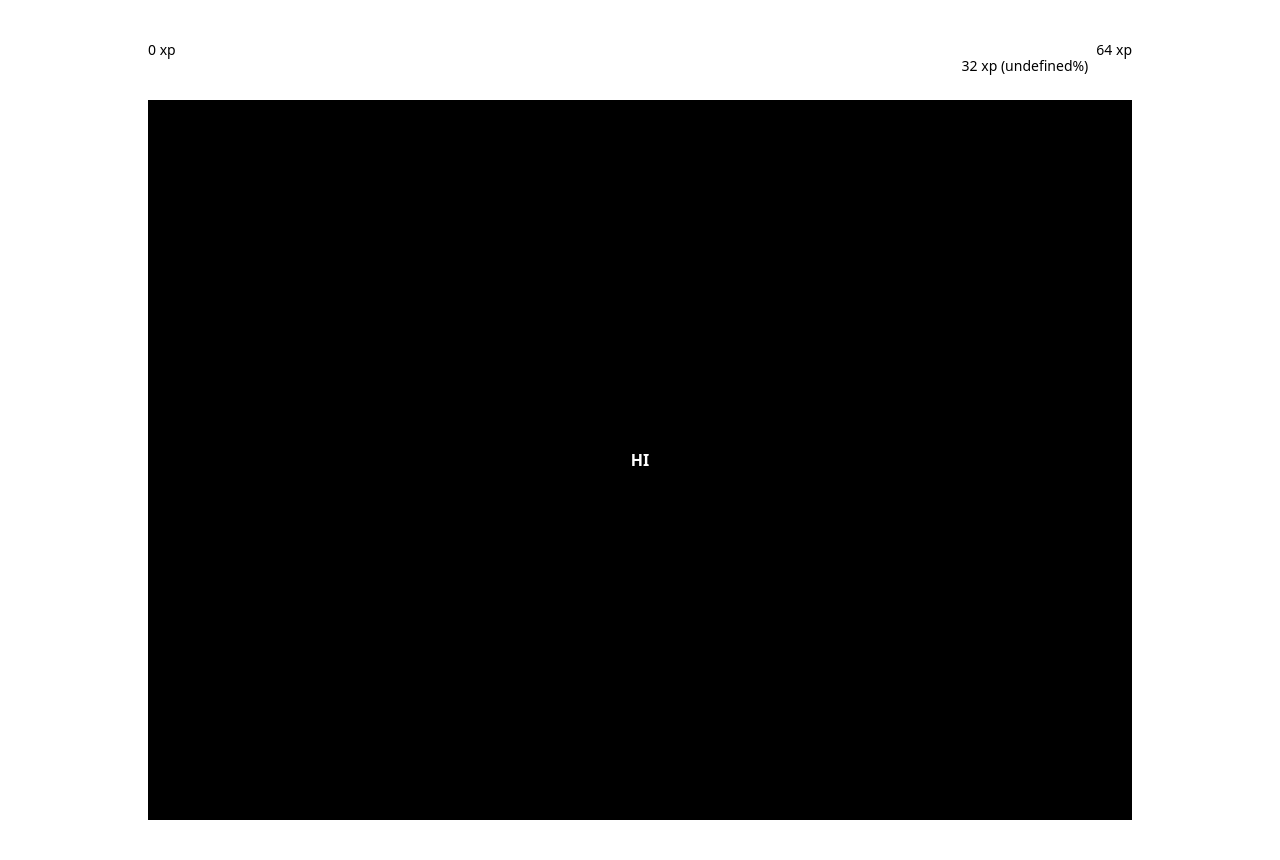
Repository: LuisSempre/move-it
Page: /
These files come from the project's save history. The page is drawn as it stood at one moment and after the next save; the edit follows.
The browser window is 1280 px wide. The pictures show the whole page.
The project was rebuilt for these pictures with package versions that can differ from the ones it lists, and the page was loaded fresh each time. The framework's server and built-in components were replaced by stand-ins that run in the browser. Also part of the build but not shown: nuxt.config.js, components/NuxtLogo.vue.

Above is the page before, as saved 2022-10-06 18:10:56.

After the next save:
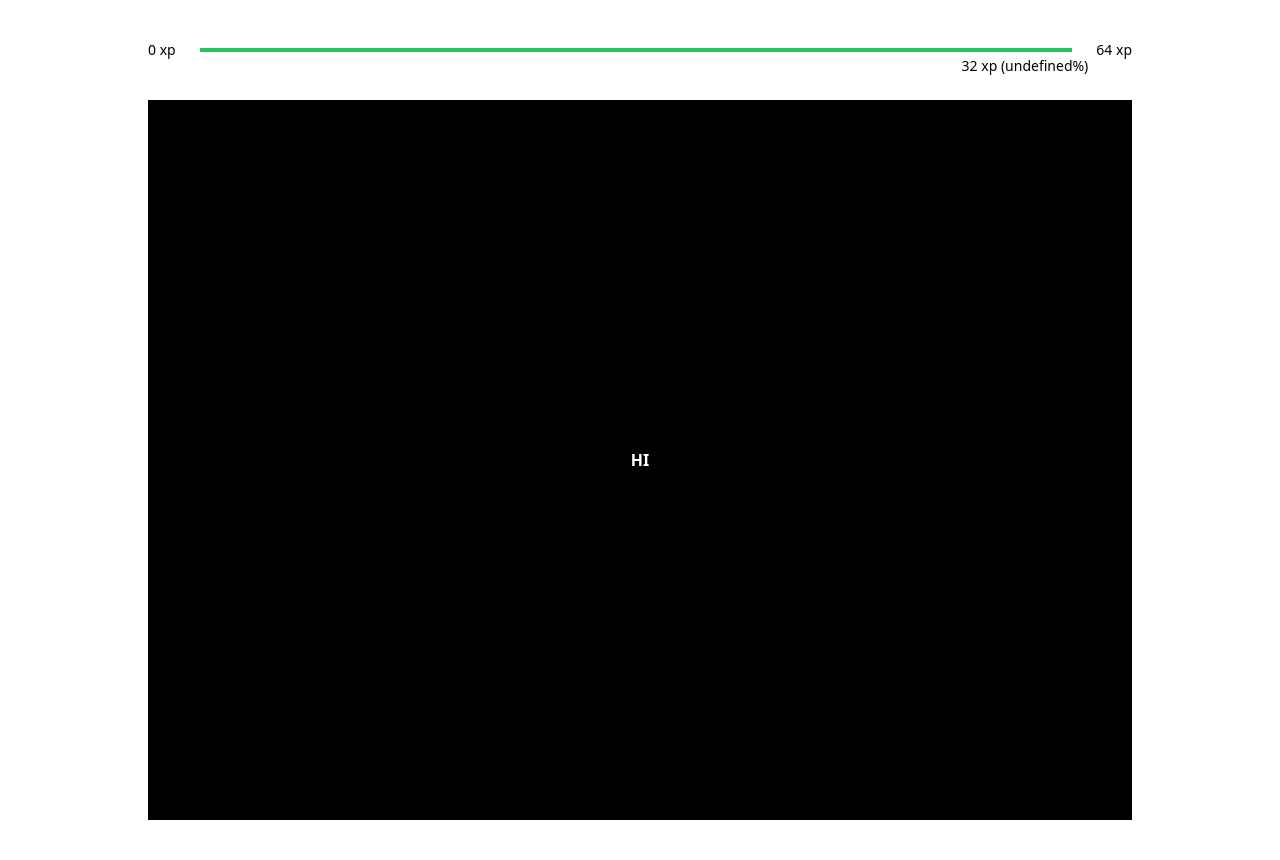
Saved 26 s later.
--- a/components/atoms/ExperienceBar.vue
+++ b/components/atoms/ExperienceBar.vue
@@ -4,7 +4,7 @@
 			{{ `${xp.start} xp` }}
 		</p>
 		<div class="mx-4 lg:mx-6 flex-1 bg-gray-line h-1 rounded-md">
-			<div class="relative bg-green h-1" :style="{ width: `${currentXpPercentage}%` }">
+			<div class="relative bg-green-500 h-1" :style="{ width: `${currentXpPercentage}%` }">
 				<p class="text-sm absolute -right-4 w-max top-2">
 					{{ `${xp.current} xp (${currentXpPercentage}%)` }}
 				</p>
